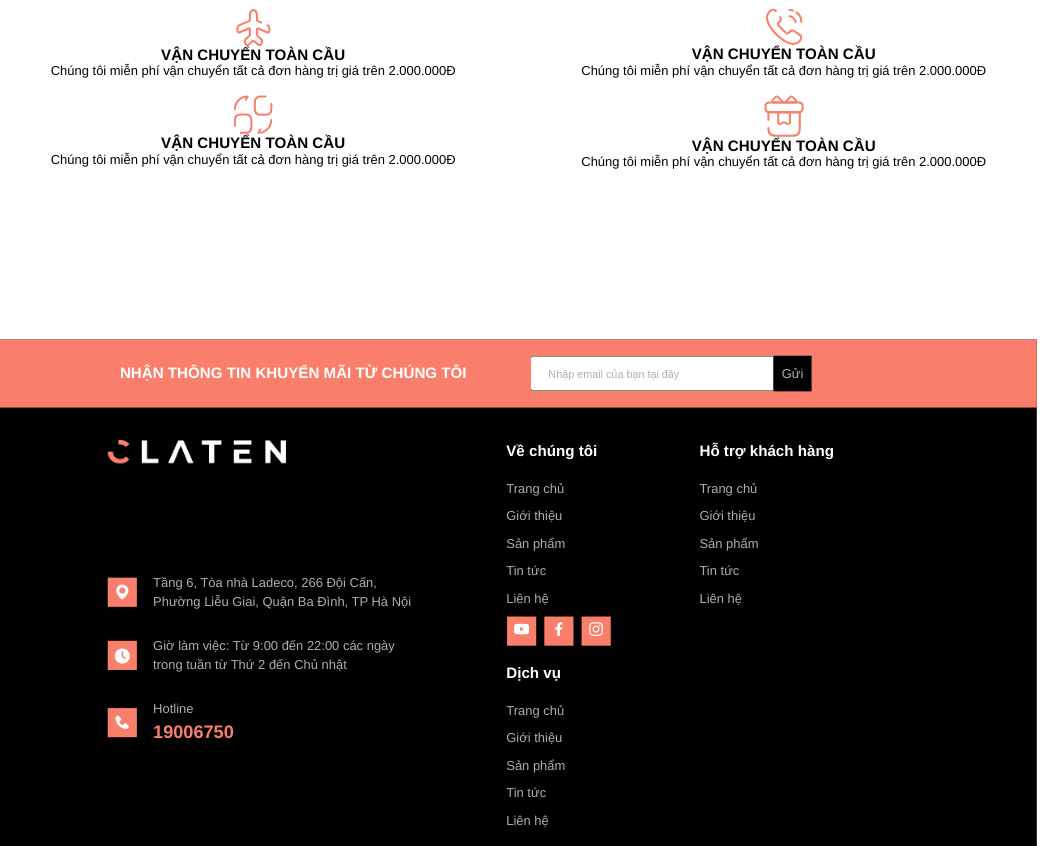
Repository: RennoPMXK/doan
Page: index.html
The author's editor kept a copy of each file at every save. The page is drawn from the files as they stood at one save, then again after the next save.
The browser window is 1280 px wide. The page is 1295 px wide, so the pictures cover 1295 px, including what lies to the right of the window. The pictures show the part of the page from y = 573 to 1977 px (the page is 1618 px tall before and 1977 px after), at 81% of full size.

Above is the page before, as saved 2021-11-16 19:54:41.

After the next save:
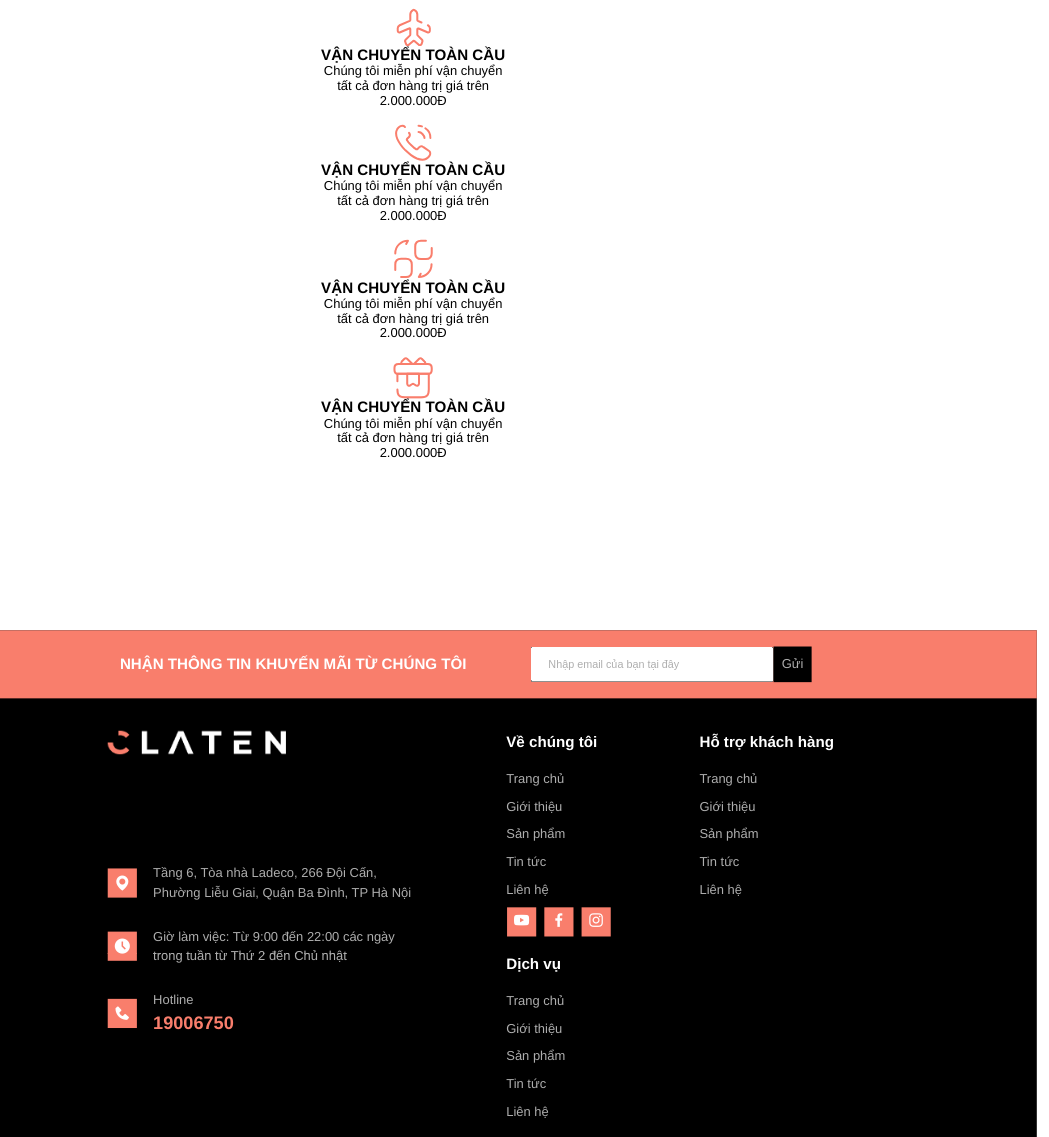
Saved 36 s later.
--- a/index.html
+++ b/index.html
@@ -114,28 +114,31 @@
     </section>
 
     <section class="hero-section-mini row">
-         <div class="hero-section-mini-item col-3 col-md-6 col-sm-6">
-             <img src="./img/icon_service_1.svg" alt="">
-              <h3>VẬN CHUYỂN TOÀN CẦU</h3>
-              <p>Chúng tôi miễn phí vận chuyển tất cả đơn hàng trị giá trên 2.000.000Đ</p>
-         </div>
-
-         <div class="hero-section-mini-item col-3 col-md-6 col-sm-6">
-            <img src="./img/icon_service_2.svg" alt="">
-             <h3>VẬN CHUYỂN TOÀN CẦU</h3>
-             <p>Chúng tôi miễn phí vận chuyển tất cả đơn hàng trị giá trên 2.000.000Đ</p>
-        </div>
-
-        <div class="hero-section-mini-item col-3 col-md-6 col-sm-6">
-            <img src="./img/icon_service_3.svg" alt="">
-             <h3>VẬN CHUYỂN TOÀN CẦU</h3>
-             <p>Chúng tôi miễn phí vận chuyển tất cả đơn hàng trị giá trên 2.000.000Đ</p>
-        </div>
-
-        <div class="hero-section-mini-item col-3 col-md-6 col-sm-6">
-            <img src="./img/icon_service_4.svg" alt="">
-             <h3>VẬN CHUYỂN TOÀN CẦU</h3>
-             <p>Chúng tôi miễn phí vận chuyển tất cả đơn hàng trị giá trên 2.000.000Đ</p>
+        <div class="container">
+            <div class="hero-section-mini-item col-3 col-md-6 col-sm-6">
+                <img src="./img/icon_service_1.svg" alt="">
+                 <h3>VẬN CHUYỂN TOÀN CẦU</h3>
+                 <p>Chúng tôi miễn phí vận chuyển tất cả đơn hàng trị giá trên 2.000.000Đ</p>
+            </div>
+
+            <div class="hero-section-mini-item col-3 col-md-6 col-sm-6">
+               <img src="./img/icon_service_2.svg" alt="">
+                <h3>VẬN CHUYỂN TOÀN CẦU</h3>
+                <p>Chúng tôi miễn phí vận chuyển tất cả đơn hàng trị giá trên 2.000.000Đ</p>
+           </div>
+
+           <div class="hero-section-mini-item col-3 col-md-6 col-sm-6">
+               <img src="./img/icon_service_3.svg" alt="">
+                <h3>VẬN CHUYỂN TOÀN CẦU</h3>
+                <p>Chúng tôi miễn phí vận chuyển tất cả đơn hàng trị giá trên 2.000.000Đ</p>
+           </div>
+
+           <div class="hero-section-mini-item col-3 col-md-6 col-sm-6">
+               <img src="./img/icon_service_4.svg" alt="">
+                <h3>VẬN CHUYỂN TOÀN CẦU</h3>
+                <p>Chúng tôi miễn phí vận chuyển tất cả đơn hàng trị giá trên 2.000.000Đ</p>
+           </div>
+
         </div>
     </section>
 
